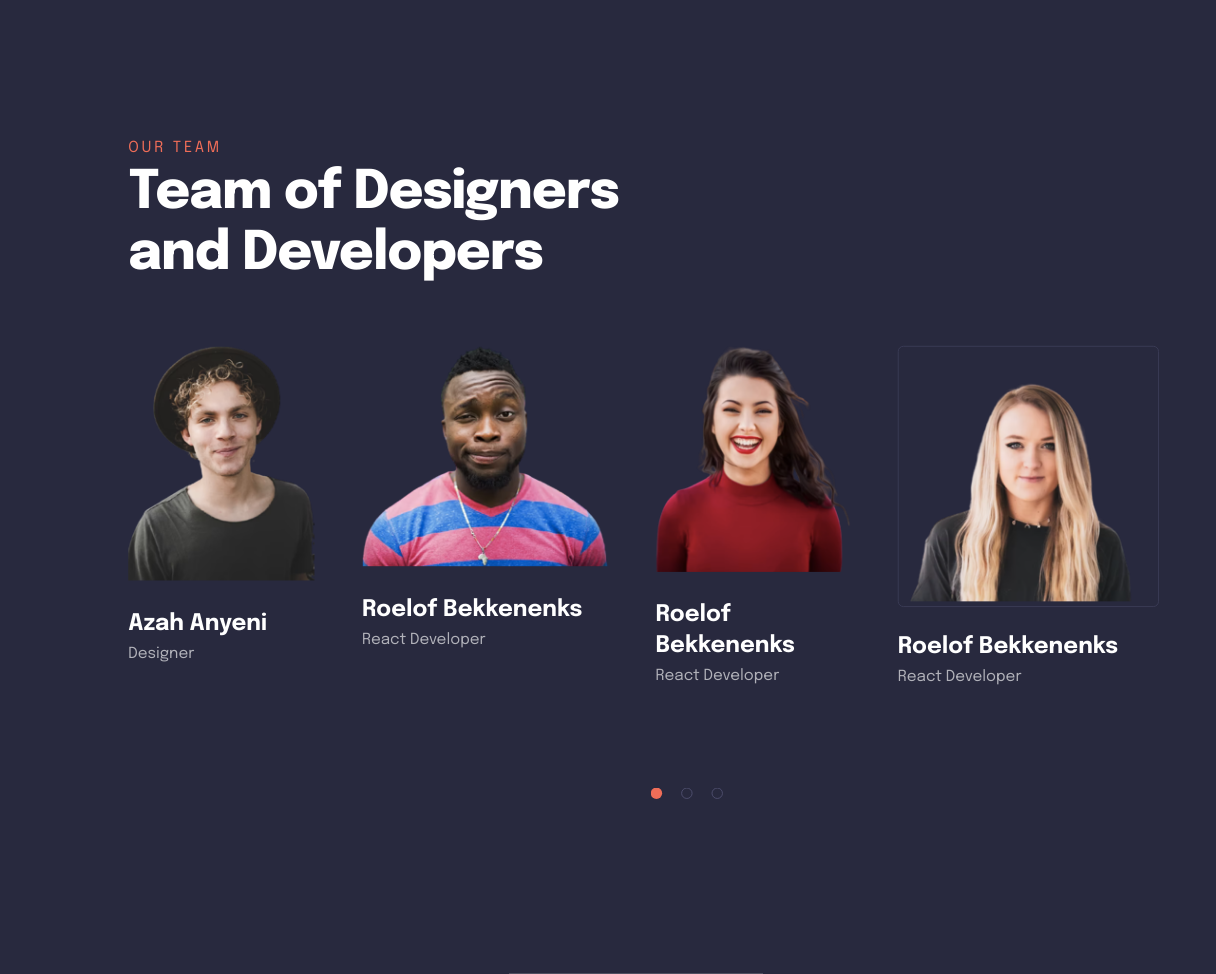
Repository: HeybetzadeQedim/task-6
Page: TEAM/index.html
The author's editor kept a copy of each file at every save. The page is drawn from the files as they stood at one save, then again after the next save.
The browser window is 1280 px wide. The pictures show the whole page, at 95% of full size.

Above is the page before, as saved 2023-10-30 16:11:59.

### TEAM/index.html
<!DOCTYPE html>
<html lang="en">
  <head>
    <meta charset="UTF-8" />
    <meta name="viewport" content="width=device-width, initial-scale=1.0" />
    <title>Document</title>
    <link rel="stylesheet" href="./index.css" />
  </head>
  <body>
    <div class="main-container">
      <div class="text-container">
        <h5>Our Team</h5>
        <h2>
          Team of Designers<br />
          and Developers
        </h2>
      </div>

      <div class="box-container">
        <div class="box-1">
          <div class="img-border">
            <img src="images/Bitmap.png" />
          </div>
          <h4>Azah Anyeni</h4>
          <p>Designer</p>
        </div>

        <div class="box-1">
            <div class="img-border">
                <img src="images/Bitmap (1).png" />
          </div>
          <h4>Roelof Bekkenenks</h4>
          <p>React Developer</p>
        </div>

        <div class="box-1">
            <div class="img-border">
                <img src="images/Bitmap (2).png" />
          </div>
          <h4>Roelof Bekkenenks</h4>
          <p>React Developer</p>
        </div>

        <div class="box-1">
          <div class="box-5">
            <img src="images/Bitmap (3).png" />
          </div>
          <h4>Roelof Bekkenenks</h4>
          <p>React Developer</p>
        </div>
      </div>
      <div class="last-container">
        <img src="images/pins (1).svg" />
      </div>
    </div>
  </body>
</html>

### TEAM/index.css
@import url("https://fonts.googleapis.com/css2?family=Epilogue:wght@400;700;800&display=swap");
* {
  padding: 0;
  margin: 0;
  box-sizing: border-box;
}
.main-container {
  padding: 140px 135px 180px 135px;
  background-color: #28293e;
  min-height: 100vh;
}
.main-container .text-container h5 {
  color: var(--Text_Light_Accent, #ef6d58);
  font-feature-settings: "clig" off, "liga" off;
  font-family: Epilogue;
  font-size: 16px;
  font-style: normal;
  font-weight: 400;
  line-height: 32px;
  letter-spacing: 3px;
  text-transform: uppercase;
}
.main-container .text-container h2 {
  color: var(--Text_Light, #fff);
  font-feature-settings: "clig" off, "liga" off;
  font-family: Epilogue;
  font-size: 56px;
  font-style: normal;
  font-weight: 800;
  line-height: 64px;
  letter-spacing: -1px;
}
.box-container {
  display: flex;
  justify-content: space-between;
}
.box-1 {
  margin-top: 64px;
  margin-right: 50px;
}
.box-2 {
  padding: 24px 37px 1px 37px;
  border-radius: 6px;
  border: 1px solid #3a3c56;
  display: inline-block;
}
.box-2 img {
  width: 196px;
  height: 247px;
}
.box-1 h4 {
  margin-top: 26px;
  color: var(--Text_Light, #fff);
  font-feature-settings: "clig" off, "liga" off;
  font-family: Epilogue;
  font-size: 24px;
  font-style: normal;
  font-weight: 700;
  line-height: 32px;
}
.box-1 p {
  color: var(--Text_Light_Gray, rgba(255, 255, 255, 0.64));
  font-feature-settings: "clig" off, "liga" off;
  font-family: Epilogue;
  font-size: 16px;
  font-style: normal;
  font-weight: 400;
  line-height: 32px;
}
.box-3 {
  padding: 39px 5px 1px 6px;
  border-radius: 6px;
  border: 1px solid #3a3c56;
  display: inline-block;
}
.box-3 img {
  width: 259px;
  height: 232px;
}
.box-4 {
  padding: 33px 28px 1px 37px;
  border-radius: 6px;
  border: 1px solid #3a3c56;
  display: inline-block;
}
.box-4 img {
  width: 205px;
  height: 238px;
}
.box-5 {
  padding: 38px 28px 1px 12px;
  border-radius: 6px;
  border: 1px solid #3a3c56;
  display: inline-block;
}
.box-5 img {
  width: 233px;
  height: 230px;
}
.last-container img {
  margin-top: 100px;
  margin-left: 550px;
  width: 76px;
  height: 12px;
}

After the next save:
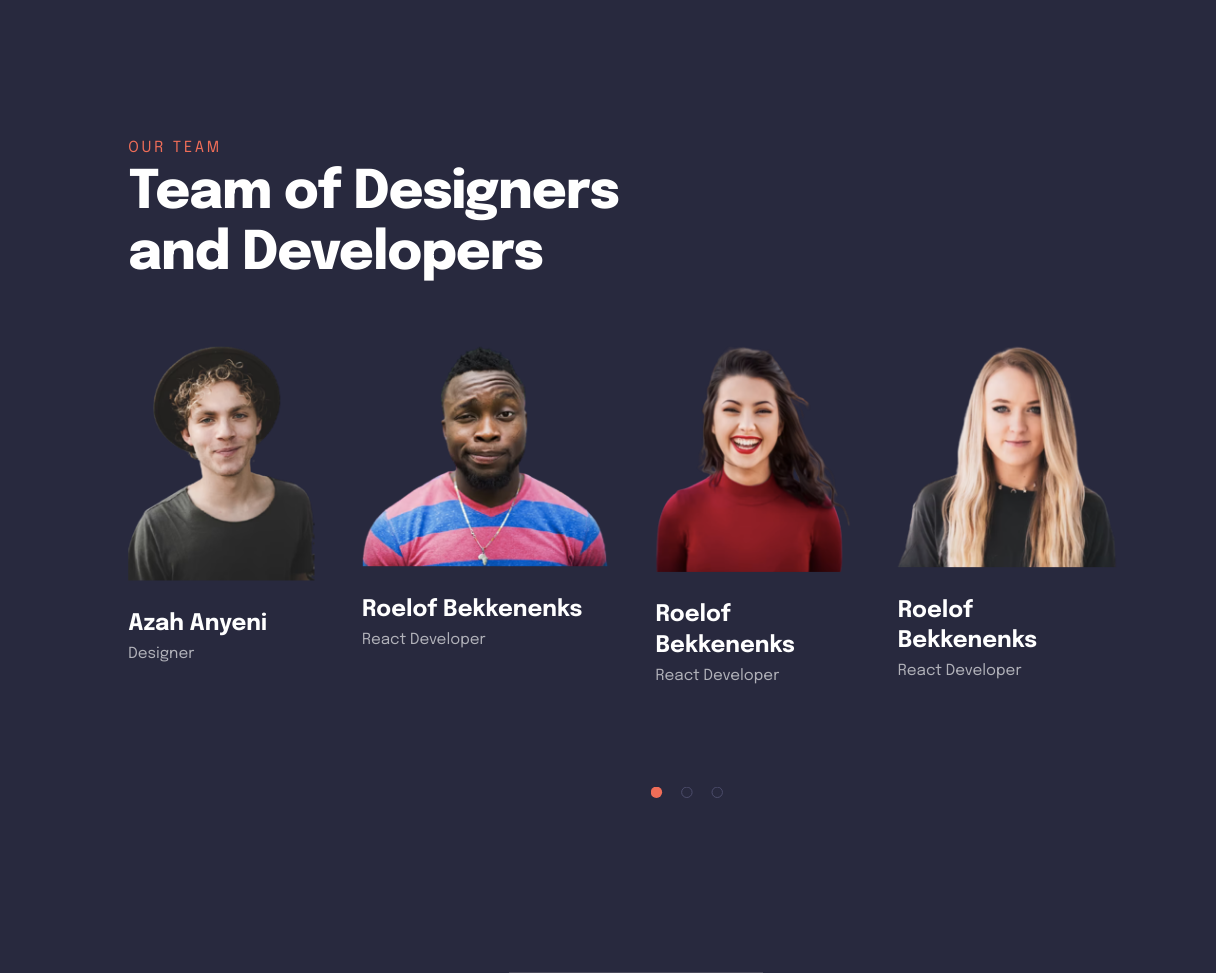
Saved 5 s later.
--- a/TEAM/index.html
+++ b/TEAM/index.html
@@ -42,8 +42,8 @@
         </div>
 
         <div class="box-1">
-          <div class="box-5">
-            <img src="images/Bitmap (3).png" />
+            <div class="img-border">
+                <img src="images/Bitmap (3).png" />
           </div>
           <h4>Roelof Bekkenenks</h4>
           <p>React Developer</p>
